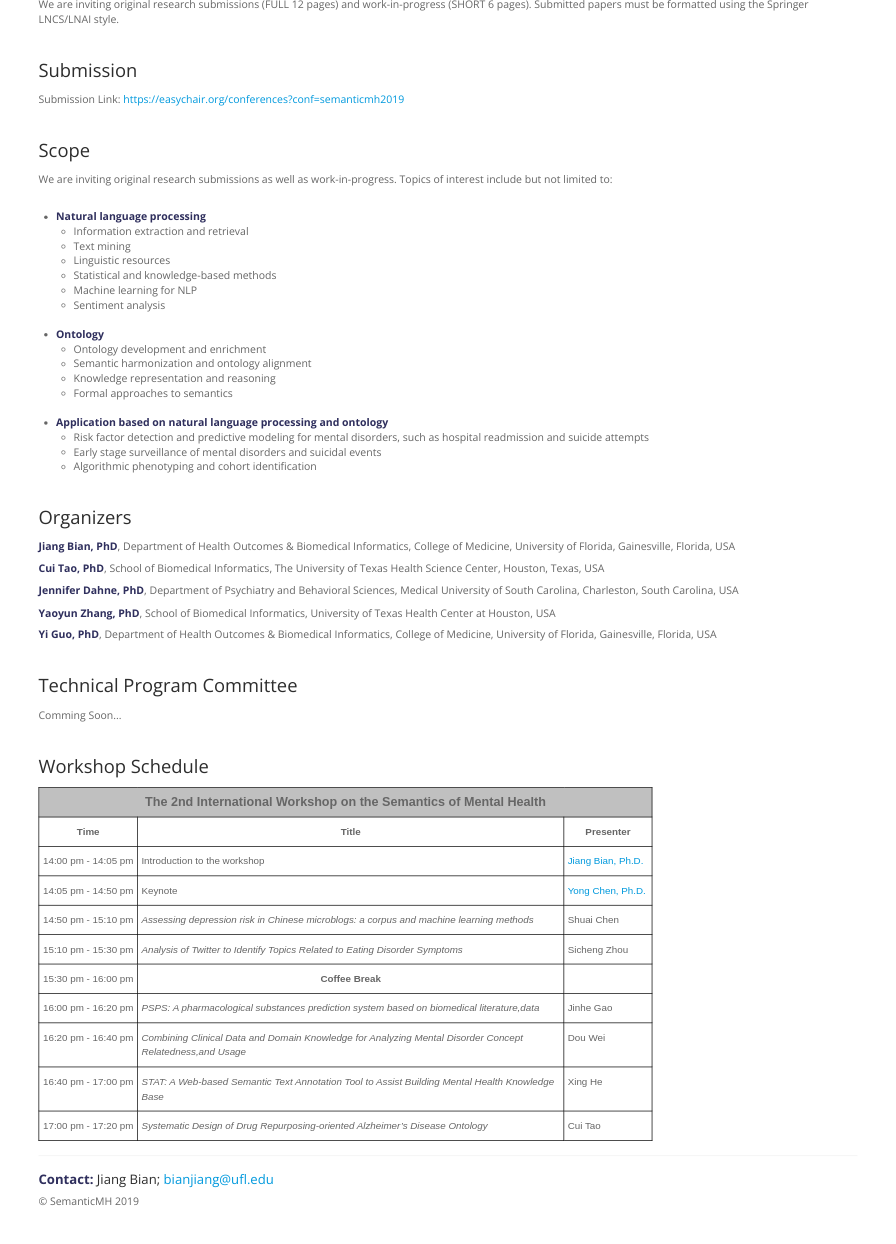
Repository: bianjiang/semantics-powered.org
Page: ISSWHR-2020/index.html
These files come from the project's save history. The page is drawn as it stood at one moment and after the next save; the edit follows.
The browser window is 1280 px wide. The pictures show the part of the page from y = 824 to 2744 px (the page is 2601 px tall before and 3053 px after), at 70% of full size.
Some web libraries are served in a nearby version.

Above is the page before, as saved 2019-10-26 17:01:47.
Console error (its wording comes from the project's code and is left out).

After the next save:
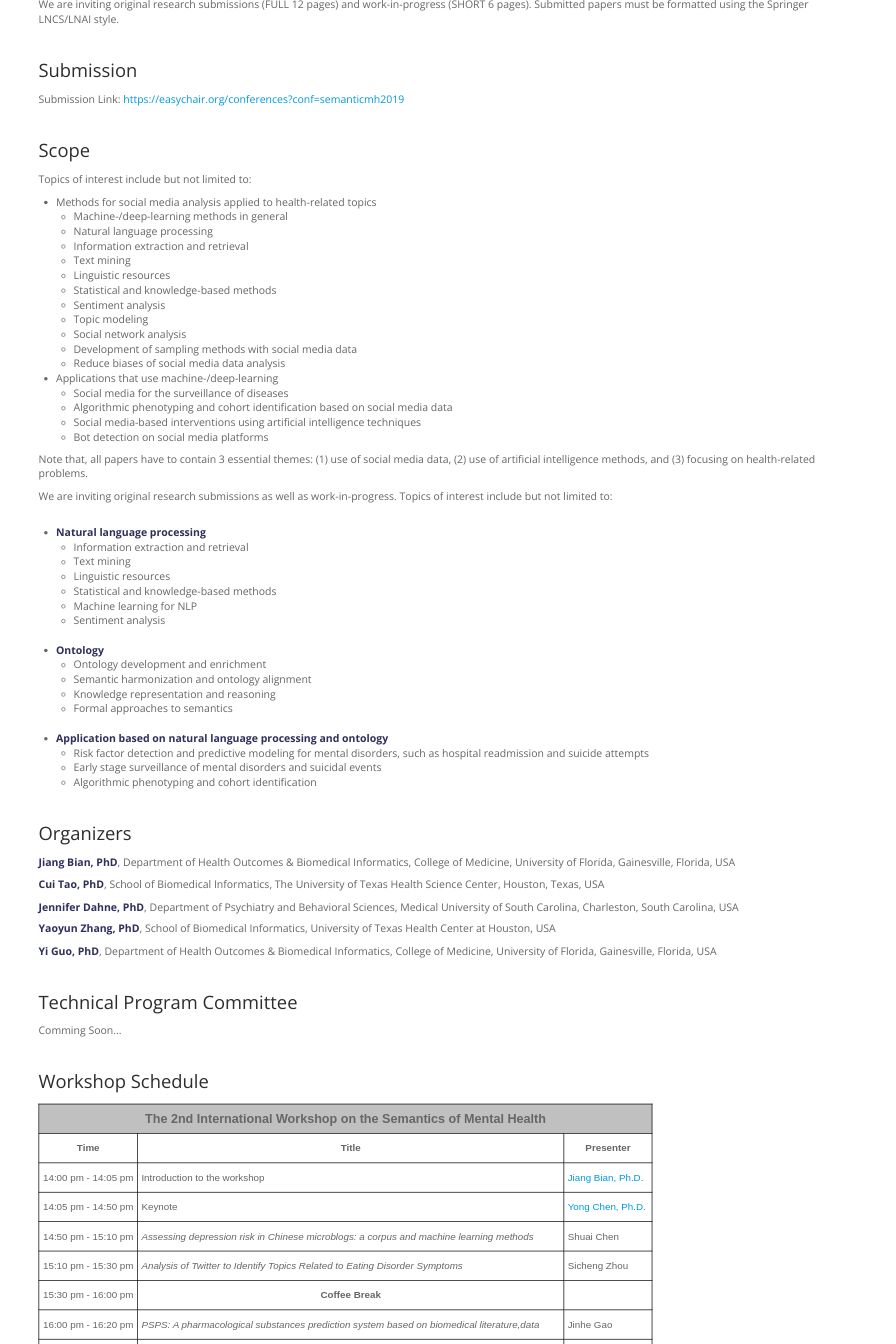
Saved 11 s later.
--- a/ISSWHR-2020/index.html
+++ b/ISSWHR-2020/index.html
@@ -192,6 +192,33 @@
       <div class="row">
         <div class="span12">
           <h3>Scope</h3>
+          <p>Topics of interest include but not limited to:</p>
+          <ul>
+            <li>Methods for social media analysis applied to health-related topics
+              <ul>
+                <li>Machine-/deep-learning methods in general</li>
+                <li>Natural language processing</li>
+                <li>Information extraction and retrieval</li>
+                <li>Text mining</li>
+                <li>Linguistic resources</li>
+                <li>Statistical and knowledge-based methods</li>
+                <li>Sentiment analysis</li>
+                <li>Topic modeling</li>
+                <li>Social network analysis</li>
+                <li>Development of sampling methods with social media data</li>
+                <li>Reduce biases of social media data analysis</li>
+              </ul>
+            </li>
+            <li>Applications that use machine-/deep-learning
+              <ul>
+                <li>Social media for the surveillance of diseases</li>
+                <li>Algorithmic phenotyping and cohort identification based on social media data</li>
+                <li>Social media-based interventions using artificial intelligence techniques</li>
+                <li>Bot detection on social media platforms</li>
+              </ul>
+            </li>
+          </ul>
+          <p>Note that, all papers have to contain 3 essential themes: (1) use of social media data, (2) use of artificial intelligence methods, and (3) focusing on health-related problems.</p>
           <p>We are inviting original research submissions as well as work-in-progress.
             Topics of interest include but not limited to:
           </p>
